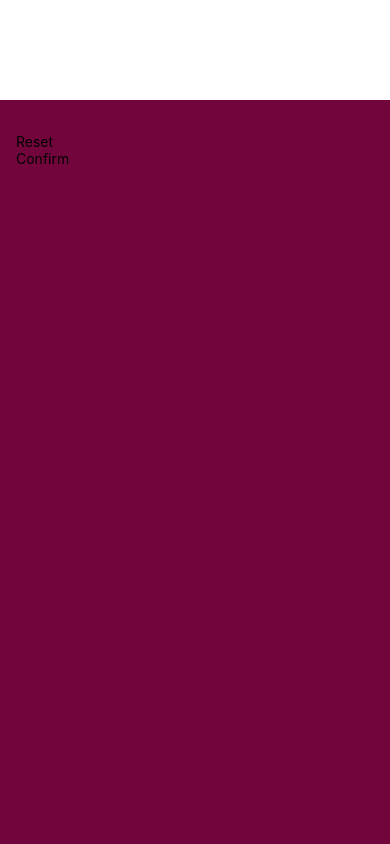
Repository: SyLe-Van/Number-Guessing-Game
Screen: /
The author's editor kept a copy of each file at every save. The screen is drawn from the files as they stood at one save, then again after the next save.
The app was drawn by React Native's web renderer in a window 390 px wide. The project was rebuilt for these pictures with package versions that can differ from the ones it lists, and the page was loaded fresh each time.

Above is the screen before, as saved 2024-02-01 22:55:40.

After the next save:
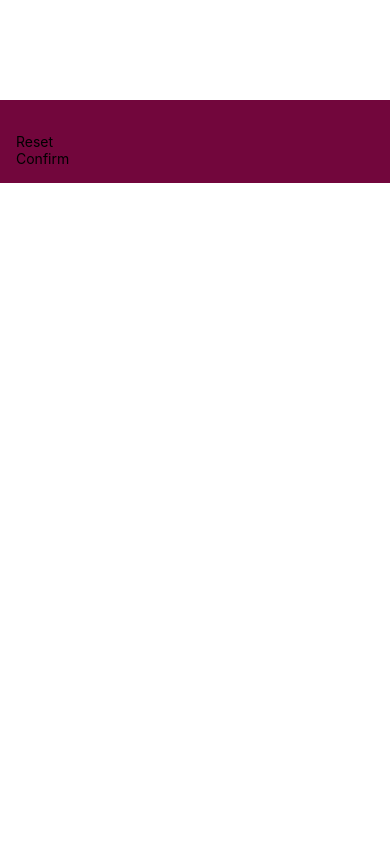
Saved 51 s later.
--- a/screens/StartGameScreen.js
+++ b/screens/StartGameScreen.js
@@ -11,7 +11,6 @@ function StartGameScreen() {
 }
 const styles = StyleSheet.create({
   inputContainer: {
-    flex: 1,
     padding: 16,
     marginTop: 100,
     backgroundColor: "#72063c",
